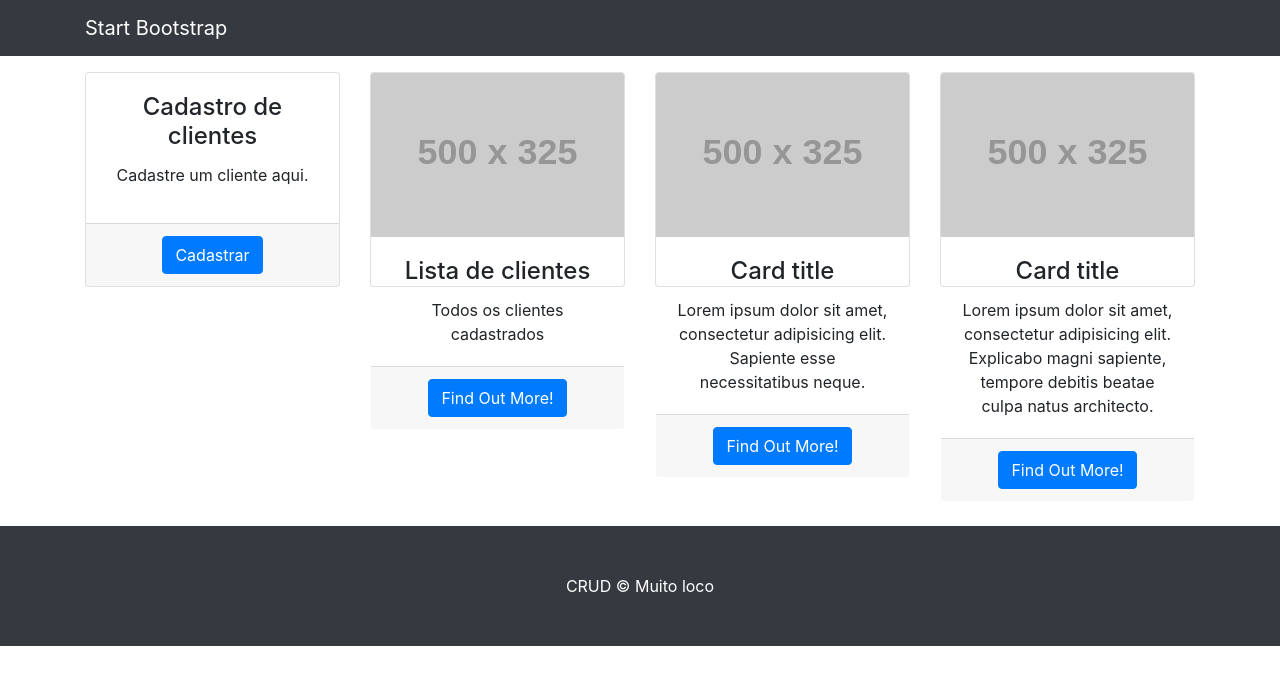
Repository: LucasMontalvao/PHPDACS2020
Page: projeto/site/index.html
The author's editor kept a record of every edit. The page is drawn from the files as they stood at one moment, then again after the next edit.
The browser window is 1280 px wide. The pictures show the whole page.

Above is the page before.

### projeto/site/index.html
<!DOCTYPE html>
<html lang="en">

<head>

  <meta charset="utf-8">
  <meta name="viewport" content="width=device-width, initial-scale=1, shrink-to-fit=no">
  <meta name="description" content="">
  <meta name="author" content="">

  <title>Heroic Features - Start Bootstrap Template</title>

  <!-- Bootstrap core CSS -->
  <link href="vendor/bootstrap/css/bootstrap.min.css" rel="stylesheet">

  <!-- Custom styles for this template -->
  <link href="css/heroic-features.css" rel="stylesheet">

</head>

<body>

  <!-- Navigation -->
  <nav class="navbar navbar-expand-lg navbar-dark bg-dark fixed-top">
    <div class="container">
      <a class="navbar-brand" href="#">Start Bootstrap</a>
      <!--<button class="navbar-toggler" type="button" data-toggle="collapse" data-target="#navbarResponsive" aria-controls="navbarResponsive" aria-expanded="false" aria-label="Toggle navigation">-->
      <!--  <span class="navbar-toggler-icon"></span>-->
      <!--</button>-->
      <!--<div class="collapse navbar-collapse" id="navbarResponsive">-->
      <!--  <ul class="navbar-nav ml-auto">-->
      <!--    <li class="nav-item active">-->
      <!--      <a class="nav-link" href="#">Home-->
      <!--        <span class="sr-only">(current)</span>-->
      <!--      </a>-->
      <!--    </li>-->
      <!--    <li class="nav-item">-->
      <!--      <a class="nav-link" href="#">About</a>-->
      <!--    </li>-->
      <!--    <li class="nav-item">-->
      <!--      <a class="nav-link" href="#">Services</a>-->
      <!--    </li>-->
      <!--    <li class="nav-item">-->
      <!--      <a class="nav-link" href="#">Contact</a>-->
      <!--    </li>-->
      <!--  </ul>-->
      <!--</div>-->
    </div>
  </nav>

  <!-- Page Content -->
  <div class="container">
  <p></p>
    <!-- Page Features -->
    <div class="row text-center">

      <div class="col-lg-3 col-md-6 mb-4">
        <div class="card h-50">
          <!--<img class="card-img-top" src="http://placehold.it/500x325" alt="">-->
          <div class="card-body">
            <h4 class="card-title">Cadastro de clientes</h4>
            <p class="card-text">Cadastre um cliente aqui.</p>
          </div>
          <div class="card-footer">
            <a href="#" class="btn btn-primary">Cadastrar</a>
          </div>
        </div>
      </div>

      <div class="col-lg-3 col-md-6 mb-4">
        <div class="card h-50">
          <img class="card-img-top" src="http://placehold.it/500x325" alt="">
          <div class="card-body">
            <h4 class="card-title">Lista de clientes</h4>
            <p class="card-text">Todos os clientes cadastrados</p>
          </div>
          <div class="card-footer">
            <a href="#" class="btn btn-primary">Find Out More!</a>
          </div>
        </div>
      </div>

      <div class="col-lg-3 col-md-6 mb-4">
        <div class="card h-50">
          <img class="card-img-top" src="http://placehold.it/500x325" alt="">
          <div class="card-body">
            <h4 class="card-title">Card title</h4>
            <p class="card-text">Lorem ipsum dolor sit amet, consectetur adipisicing elit. Sapiente esse necessitatibus neque.</p>
          </div>
          <div class="card-footer">
            <a href="#" class="btn btn-primary">Find Out More!</a>
          </div>
        </div>
      </div>

      <div class="col-lg-3 col-md-6 mb-4">
        <div class="card h-50">
          <img class="card-img-top" src="http://placehold.it/500x325" alt="">
          <div class="card-body">
            <h4 class="card-title">Card title</h4>
            <p class="card-text">Lorem ipsum dolor sit amet, consectetur adipisicing elit. Explicabo magni sapiente, tempore debitis beatae culpa natus architecto.</p>
          </div>
          <div class="card-footer">
            <a href="#" class="btn btn-primary">Find Out More!</a>
          </div>
        </div>
      </div>

    </div>
    <!-- /.row -->

  </div>
  <!-- /.container -->

  <!-- Footer -->
  <footer class="py-5 bg-dark">
    <div class="container">
      <p class="m-0 text-center text-white">CRUD &copy; Muito loco</p>
    </div>
    <!-- /.container -->
  </footer>

  <!-- Bootstrap core JavaScript -->
  <script src="vendor/jquery/jquery.min.js"></script>
  <script src="vendor/bootstrap/js/bootstrap.bundle.min.js"></script>

</body>

</html>

### projeto/site/css/heroic-features.css
/*!
 * Start Bootstrap - Heroic Features (https://startbootstrap.com/template-overviews/heroic-features)
 * Copyright 2013-2019 Start Bootstrap
 * Licensed under MIT (https://github.com/BlackrockDigital/startbootstrap-heroic-features/blob/master/LICENSE)
 */
body {
  padding-top: 56px;
}
.myButton {
	box-shadow:inset 0px 1px 3px 0px #141414;
	background:linear-gradient(to bottom, #ffffff 5%, #000000 100%);
	background-color:#ffffff;
	border-radius:5px;
	border:1px solid #000000;
	display:inline-block;
	cursor:pointer;
	color:#ffffff;
	font-family:Arial;
	font-size:15px;
	font-weight:bold;
	padding:11px 23px;
	text-decoration:none;
	text-shadow:0px -1px 0px #46615d;
}
.myButton:hover {
	background:linear-gradient(to bottom, #000000 5%, #ffffff 100%);
	background-color:#000000;
	text-decoration:none;
}
.myButton:active {
	position:relative;
	top:1px;
}

Loaded but not shown: projeto/site/vendor/bootstrap/css/bootstrap.min.css (library); projeto/site/vendor/jquery/jquery.min.js (library); projeto/site/vendor/bootstrap/js/bootstrap.bundle.min.js (library)

After the next edit:
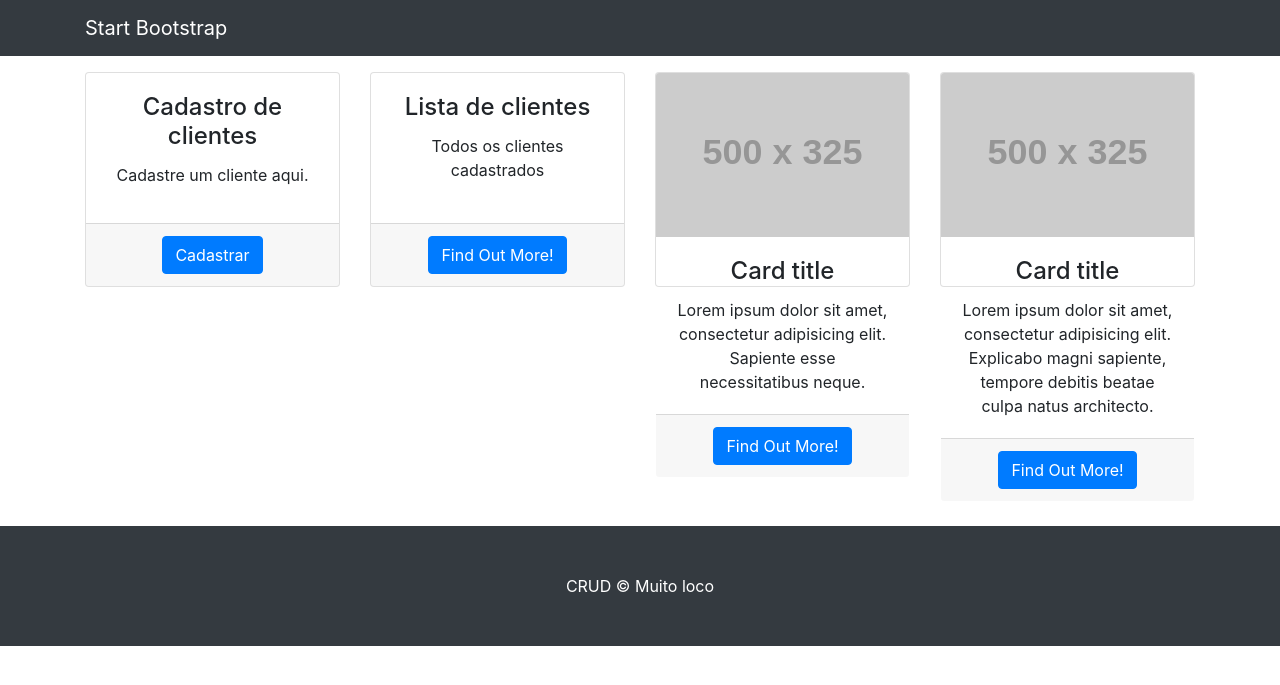
The edit:
--- a/projeto/site/index.html
+++ b/projeto/site/index.html
@@ -69,7 +69,7 @@
 
       <div class="col-lg-3 col-md-6 mb-4">
         <div class="card h-50">
-          <img class="card-img-top" src="http://placehold.it/500x325" alt="">
+          <!--<img class="card-img-top" src="http://placehold.it/500x325" alt="">-->
           <div class="card-body">
             <h4 class="card-title">Lista de clientes</h4>
             <p class="card-text">Todos os clientes cadastrados</p>
